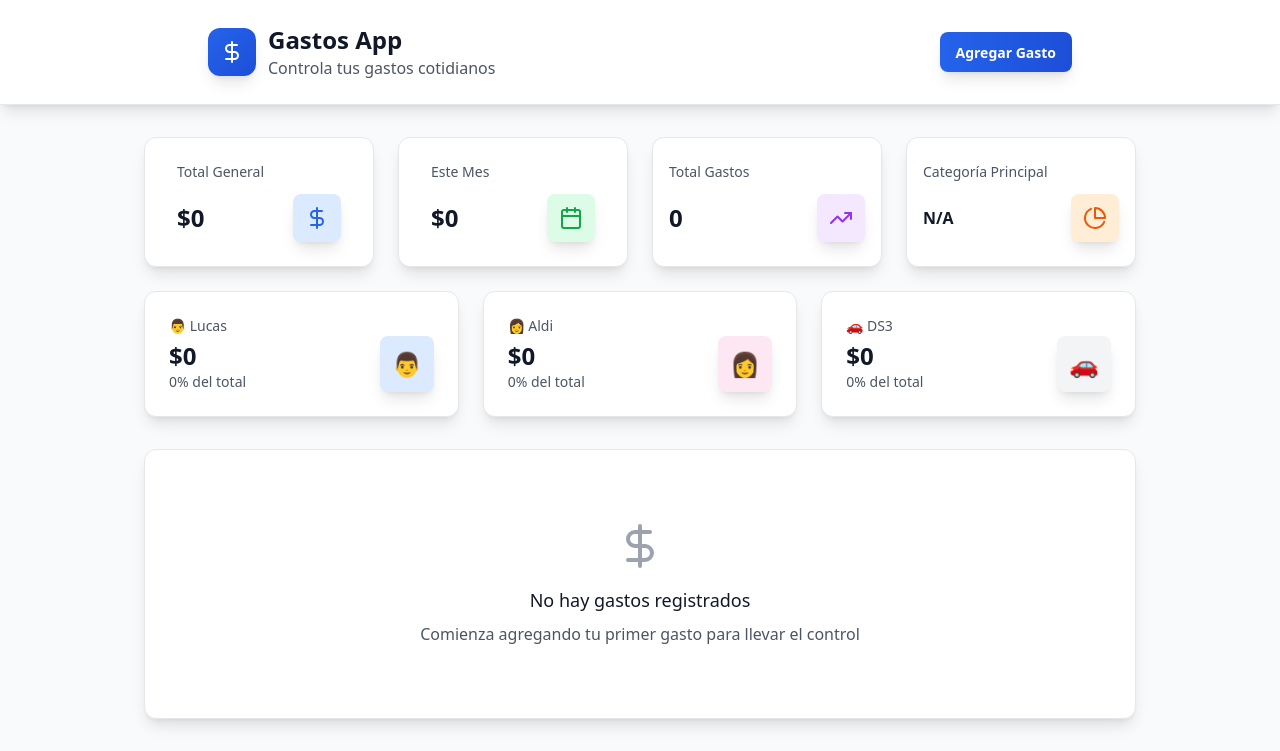
Repository: lucastenaglia/Gastosapp
Page: /
An editor plug-in stored every save of this project. The page is shown before and after the next save, followed by the edit.
The browser window is 1280 px wide. The pictures show the whole page.
The page's requests for data from a server got no answer. The project was rebuilt for these pictures with package versions that can differ from the ones it lists, and the page was loaded fresh each time. No one was signed in, and anything a server would have sent is missing. Also part of the build but not shown: vite.config.js, src/components/ExpenseForm.jsx.

Above is the page before, as saved 2025-08-13 18:54:50.

### index.html
<!DOCTYPE html>
<html lang="es">
  <head>
    <meta charset="UTF-8" />
    <link rel="icon" type="image/svg+xml" href="data:[embedded picture, 125 characters]" />
    <meta name="viewport" content="width=device-width, initial-scale=1.0" />
    <title>Gastos App - Control de Gastos Cotidianos</title>
  </head>
  <body>
    <div id="root"></div>
    <script type="module" src="/src/main.jsx"></script>
  </body>
</html>

### src/App.jsx
import { useState, useEffect } from 'react'
import Header from './components/Header'
import ExpenseForm from './components/ExpenseForm'
import ExpenseList from './components/ExpenseList'
import ExpenseSummary from './components/ExpenseSummary'
import { getExpenses, addExpense, updateExpense, deleteExpense } from './services/expenseService'

function App() {
  const [expenses, setExpenses] = useState([])
  const [isFormOpen, setIsFormOpen] = useState(false)
  const [loading, setLoading] = useState(true)
  const [error, setError] = useState(null)

  // Cargar gastos al iniciar la aplicación
  useEffect(() => {
    loadExpenses()
  }, [])

  // Cerrar modal con Escape
  useEffect(() => {
    const handleEscape = (e) => {
      if (e.key === 'Escape' && isFormOpen) {
        setIsFormOpen(false)
      }
    }

    if (isFormOpen) {
      document.addEventListener('keydown', handleEscape)
      // Bloquear el scroll del body
      document.body.style.overflow = 'hidden'
    }

    return () => {
      document.removeEventListener('keydown', handleEscape)
      // Restaurar el scroll del body
      document.body.style.overflow = 'unset'
    }
  }, [isFormOpen])

  const loadExpenses = async () => {
    try {
      setLoading(true)
      const data = await getExpenses()
      setExpenses(data)
      setError(null)
    } catch (err) {
      setError('Error al cargar los gastos')
      console.error(err)
    } finally {
      setLoading(false)
    }
  }

  const handleAddExpense = async (expense) => {
    try {
      const newExpense = await addExpense(expense)
      setExpenses([newExpense, ...expenses])
      setIsFormOpen(false)
    } catch (err) {
      setError('Error al agregar el gasto')
      console.error(err)
    }
  }

  const handleDeleteExpense = async (id) => {
    try {
      await deleteExpense(id)
      setExpenses(expenses.filter(expense => expense.id !== id))
    } catch (err) {
      setError('Error al eliminar el gasto')
      console.error(err)
    }
  }

  const handleEditExpense = async (id, updatedExpense) => {
    try {
      const updated = await updateExpense(id, updatedExpense)
      setExpenses(expenses.map(expense =>
        expense.id === id ? updated : expense
      ))
    } catch (err) {
      setError('Error al actualizar el gasto')
      console.error(err)
    }
  }

  return (
    <div className="min-h-screen bg-gray-50">
      <Header onAddExpense={() => setIsFormOpen(true)} />

      <main className="container mx-auto px-4 py-8 max-w-5xl">
        {error && (
          <div className="bg-red-100 border border-red-400 text-red-700 px-4 py-3 rounded mb-6">
            {error}
          </div>
        )}

        <ExpenseSummary expenses={expenses} />

        <div className="mt-8">
          <ExpenseList
            expenses={expenses}
            onDelete={handleDeleteExpense}
            onEdit={handleEditExpense}
            loading={loading}
          />
        </div>
      </main>

      {/* Modal Overlay */}
      {isFormOpen && (
        <div
          className="fixed inset-0 bg-black bg-opacity-50 flex items-center justify-center z-50 p-4 animate-in fade-in duration-200"
          onClick={() => setIsFormOpen(false)}
        >
          <div
            className="bg-white rounded-xl shadow-2xl max-w-md w-full mx-4 max-h-[90vh] overflow-y-auto animate-in zoom-in-95 duration-200"
            onClick={(e) => e.stopPropagation()}
          >
            <ExpenseForm
              onSubmit={handleAddExpense}
              onCancel={() => setIsFormOpen(false)}
            />
          </div>
        </div>
      )}
    </div>
  )
}

export default App

### src/index.css
@tailwind base;
@tailwind components;
@tailwind utilities;

@layer base {
  body {
    @apply bg-gray-50 text-gray-900;
  }
}

@layer components {
                .btn-primary {
                @apply bg-primary-600 hover:bg-primary-700 text-white font-medium py-2 px-4 rounded-lg transition-all duration-300 shadow-md hover:shadow-lg hover:-translate-y-0.5 transform;
              }

              .btn-secondary {
                @apply bg-gray-200 hover:bg-gray-300 text-gray-800 font-medium py-2 px-4 rounded-lg transition-all duration-300 shadow-md hover:shadow-lg hover:-translate-y-0.5 transform;
              }

                .input-field {
                @apply w-full px-3 py-2 border border-gray-300 rounded-lg focus:outline-none focus:ring-2 focus:ring-primary-500 focus:border-transparent shadow-sm focus:shadow-md transition-all duration-300;
              }

                            .card {
                @apply bg-white rounded-xl shadow-lg border border-gray-200 p-6 transform transition-all duration-300 hover:shadow-2xl hover:-translate-y-1;
              }

              .modal-enter {
                @apply opacity-0 scale-95;
              }

              .modal-enter-active {
                @apply opacity-100 scale-100 transition-all duration-200 ease-out;
              }

              .modal-exit {
                @apply opacity-100 scale-100;
              }

              .modal-exit-active {
                @apply opacity-0 scale-95 transition-all duration-200 ease-in;
              }
}

### src/components/Header.jsx
import { Plus, DollarSign } from 'lucide-react'

const Header = ({ onAddExpense }) => {
  return (
    <header className="bg-white shadow-lg border-b border-gray-200">
      <div className="container mx-auto px-4 py-6 max-w-4xl">
        <div className="flex items-center justify-between">
          <div className="flex items-center space-x-3">
            <div className="bg-gradient-to-br from-primary-600 to-primary-700 p-3 rounded-xl shadow-lg">
              <DollarSign className="h-6 w-6 text-white" />
            </div>
            <div>
              <h1 className="text-2xl font-bold text-gray-900">Gastos App</h1>
              <p className="text-gray-600">Controla tus gastos cotidianos</p>
            </div>
          </div>

          <button
            onClick={onAddExpense}
            className="bg-gradient-to-r from-primary-600 to-primary-700 active:from-primary-800 active:to-primary-900 text-white font-semibold py-2 px-4 rounded-lg shadow-lg hover:shadow-xl active:shadow-md active:translate-y-0.5 transition-all duration-200 border-0 focus:outline-none focus:ring-2 focus:ring-primary-300"
          >
            <span className="text-sm">Agregar Gasto</span>
          </button>
        </div>
      </div>
    </header>
  )
}

export default Header

### src/components/ExpenseList.jsx
import { useState } from 'react'
import { Trash2, Edit, Calendar, DollarSign } from 'lucide-react'

const ExpenseList = ({ expenses, onDelete, onEdit, loading }) => {
  const [editingId, setEditingId] = useState(null)
  const [editForm, setEditForm] = useState({})

  const categoryIcons = {
    comida: '🍽️',
    super: '🛒',
    auto: '🚗',
    entretenimiento: '🎮',
    salud: '💊',
    ropa: '👕',
    hogar: '🏠',
    otros: '📦'
  }

  const categoryColors = {
    comida: 'bg-orange-100 text-orange-800',
    super: 'bg-red-100 text-red-800',
    auto: 'bg-blue-100 text-blue-800',
    entretenimiento: 'bg-purple-100 text-purple-800',
    salud: 'bg-green-100 text-green-800',
    ropa: 'bg-pink-100 text-pink-800',
    hogar: 'bg-yellow-100 text-yellow-800',
    otros: 'bg-gray-100 text-gray-800'
  }

  const handleEdit = (expense) => {
    setEditingId(expense.id)
    setEditForm({
      description: expense.description,
      amount: expense.amount.toString(),
      category: expense.category,
      person: expense.person || 'lucas',
      date: expense.date
    })
  }

  const handleSaveEdit = (id) => {
    onEdit(id, {
      ...editForm,
      amount: parseFloat(editForm.amount)
    })
    setEditingId(null)
    setEditForm({})
  }

  const handleCancelEdit = () => {
    setEditingId(null)
    setEditForm({})
  }

  const formatDate = (dateString) => {
    const date = new Date(dateString)
    return date.toLocaleDateString('es-ES', {
      year: 'numeric',
      month: 'short',
      day: 'numeric'
    })
  }

  if (loading) {
    return (
      <div className="card">
        <div className="text-center py-12">
          <div className="animate-spin rounded-full h-12 w-12 border-b-2 border-primary-600 mx-auto mb-4"></div>
          <h3 className="text-lg font-medium text-gray-900 mb-2">
            Cargando gastos...
          </h3>
          <p className="text-gray-600">
            Conectando con la base de datos
          </p>
        </div>
      </div>
    )
  }

  if (expenses.length === 0) {
    return (
      <div className="card">
        <div className="text-center py-12">
          <DollarSign className="h-12 w-12 text-gray-400 mx-auto mb-4" />
          <h3 className="text-lg font-medium text-gray-900 mb-2">
            No hay gastos registrados
          </h3>
          <p className="text-gray-600">
            Comienza agregando tu primer gasto para llevar el control
          </p>
        </div>
      </div>
    )
  }

  return (
    <div className="card">
      <h2 className="text-xl font-semibold text-gray-900 mb-6">
        Historial de Gastos
      </h2>

      <div className="space-y-3">
        {expenses.map(expense => (
          <div key={expense.id} className="border border-gray-200 rounded-lg p-3 sm:p-4 bg-white shadow-md hover:shadow-xl hover:-translate-y-1 transform transition-all duration-300">
            {editingId === expense.id ? (
              <div className="space-y-3">
                <input
                  type="text"
                  value={editForm.description}
                  onChange={(e) => setEditForm({...editForm, description: e.target.value})}
                  className="input-field"
                />
                <div className="grid grid-cols-1 sm:grid-cols-2 gap-3">
                  <input
                    type="number"
                    value={editForm.amount}
                    onChange={(e) => setEditForm({...editForm, amount: e.target.value})}
                    className="input-field"
                    step="1"
                    min="0"
                  />
                  <select
                    value={editForm.category}
                    onChange={(e) => setEditForm({...editForm, category: e.target.value})}
                    className="input-field"
                  >
                    <option value="comida">🍽️ Comida</option>
                    <option value="super">🛒 Super</option>
                    <option value="auto">🚗 Auto</option>
                    <option value="entretenimiento">🎮 Entretenimiento</option>
                    <option value="salud">💊 Salud</option>
                    <option value="ropa">👕 Ropa</option>
                    <option value="hogar">🏠 Hogar</option>
                    <option value="otros">📦 Otros</option>
                  </select>
                </div>
                <div className="grid grid-cols-1 sm:grid-cols-2 gap-3">
                  <select
                    value={editForm.person}
                    onChange={(e) => setEditForm({...editForm, person: e.target.value})}
                    className="input-field"
                  >
                    <option value="lucas">👨 Lucas</option>
                    <option value="aldi">👩 Aldi</option>
                  </select>
                  <input
                    type="date"
                    value={editForm.date}
                    onChange={(e) => setEditForm({...editForm, date: e.target.value})}
                    className="input-field"
                  />
                </div>
                <div className="flex space-x-2">
                  <button
                    onClick={() => handleSaveEdit(expense.id)}
                    className="btn-primary text-sm flex-1"
                  >
                    Guardar
                  </button>
                  <button
                    onClick={handleCancelEdit}
                    className="btn-secondary text-sm flex-1"
                  >
                    Cancelar
                  </button>
                </div>
              </div>
            ) : (
              <div className="space-y-3">
                {/* Header con icono, descripción y monto */}
                <div className="flex items-start justify-between">
                  <div className="flex items-center space-x-3 flex-1 min-w-0">
                    <div className={`p-2 rounded-lg flex-shrink-0 ${categoryColors[expense.category]}`}>
                      <span className="text-lg">{categoryIcons[expense.category]}</span>
                    </div>

                    <div className="flex-1 min-w-0">
                      <h3 className="font-medium text-gray-900 truncate">
                        {expense.description}
                      </h3>
                      <div className="flex items-center space-x-2 text-sm text-gray-600 mt-1">
                        <span className="flex items-center space-x-1">
                          <Calendar className="h-3 w-3" />
                          <span className="hidden sm:inline">{formatDate(expense.date)}</span>
                          <span className="sm:hidden">{new Date(expense.date).toLocaleDateString('es-ES', { day: '2-digit', month: '2-digit' })}</span>
                        </span>
                        <span className="hidden sm:inline">•</span>
                        <span className="capitalize text-xs sm:text-sm">{expense.category}</span>
                      </div>
                    </div>
                  </div>

                  <div className="flex items-center space-x-2 flex-shrink-0">
                    <span className="text-lg font-semibold text-gray-900">
                      ${expense.amount}
                    </span>

                    <div className="flex space-x-1">
                      <button
                        onClick={() => handleEdit(expense)}
                        className="p-1 text-gray-400 hover:text-blue-600 transition-colors"
                        title="Editar"
                      >
                        <Edit className="h-4 w-4" />
                      </button>
                      <button
                        onClick={() => onDelete(expense.id)}
                        className="p-1 text-gray-400 hover:text-red-600 transition-colors"
                        title="Eliminar"
                      >
                        <Trash2 className="h-4 w-4" />
                      </button>
                    </div>
                  </div>
                </div>

                {/* Información adicional en móvil */}
                <div className="sm:hidden flex items-center justify-between text-sm text-gray-600 border-t pt-2">
                  <span className="flex items-center space-x-1">
                    <span>{expense.person === 'lucas' ? '👨' : '👩'}</span>
                    <span className="capitalize">{expense.person || 'lucas'}</span>
                  </span>
                  <span className="text-xs">
                    {new Date(expense.date).toLocaleDateString('es-ES', { year: 'numeric' })}
                  </span>
                </div>
              </div>
            )}
          </div>
        ))}
      </div>
    </div>
  )
}

export default ExpenseList

### src/components/ExpenseSummary.jsx
import { TrendingUp, Calendar, DollarSign, PieChart } from 'lucide-react'

const ExpenseSummary = ({ expenses }) => {
  const totalExpenses = expenses.reduce((sum, expense) => sum + expense.amount, 0)

  const today = new Date()
  const thisMonth = today.getMonth()
  const thisYear = today.getFullYear()

  const monthlyExpenses = expenses.filter(expense => {
    const expenseDate = new Date(expense.date)
    return expenseDate.getMonth() === thisMonth && expenseDate.getFullYear() === thisYear
  })

  const monthlyTotal = monthlyExpenses.reduce((sum, expense) => sum + expense.amount, 0)

  const categoryTotals = expenses.reduce((acc, expense) => {
    acc[expense.category] = (acc[expense.category] || 0) + expense.amount
    return acc
  }, {})

  const topCategory = Object.entries(categoryTotals).sort(([,a], [,b]) => b - a)[0]

     // Estadísticas por persona
   const personTotals = expenses.reduce((acc, expense) => {
     // Si la categoría es "auto", asignar a "ds3", sino usar la persona seleccionada
     const person = expense.category === 'auto' ? 'ds3' : (expense.person || 'lucas')
     acc[person] = (acc[person] || 0) + expense.amount
     return acc
   }, {})

   const lucasTotal = personTotals.lucas || 0
   const aldiTotal = personTotals.aldi || 0
   const ds3Total = personTotals.ds3 || 0

  const formatCurrency = (amount) => {
    return `$${Math.round(amount).toLocaleString('en-US')}`
  }

  return (
    <div className="space-y-4 sm:space-y-6">
                  {/* Primera fila - Estadísticas generales */}
      <div className="grid grid-cols-2 lg:grid-cols-4 gap-3 sm:gap-6">
                 {/* Total General */}
          <div className="card relative p-4 sm:p-6 lg:px-8">
           <div className="space-y-3">
             <p className="text-xs sm:text-sm font-medium text-gray-600">Total General</p>
             <div className="flex items-center justify-between">
               <div className="flex-1">
                 <p className="text-lg sm:text-xl lg:text-2xl font-bold text-gray-900">
                   {formatCurrency(totalExpenses)}
                 </p>
               </div>
               <div className="bg-blue-100 p-2 sm:p-2.5 lg:p-3 rounded-lg shadow-lg ml-4">
                 <DollarSign className="h-4 w-4 sm:h-5 sm:w-5 lg:h-6 lg:w-6 text-blue-600" />
               </div>
             </div>
           </div>
         </div>

                                   {/* Gastos del Mes */}
          <div className="card relative p-4 sm:p-6 lg:px-8">
           <div className="space-y-3">
             <p className="text-xs sm:text-sm font-medium text-gray-600">Este Mes</p>
             <div className="flex items-center justify-between">
               <div className="flex-1">
                 <p className="text-lg sm:text-xl lg:text-2xl font-bold text-gray-900">
                   {formatCurrency(monthlyTotal)}
                 </p>
               </div>
               <div className="bg-green-100 p-2 sm:p-2.5 lg:p-3 rounded-lg shadow-lg ml-4">
                 <Calendar className="h-4 w-4 sm:h-5 sm:w-5 lg:h-6 lg:w-6 text-green-600" />
               </div>
             </div>
           </div>
         </div>

                                   {/* Total de Gastos */}
          <div className="card relative p-4 sm:p-6 lg:px-4">
           <div className="space-y-3">
             <p className="text-xs sm:text-sm font-medium text-gray-600">Total Gastos</p>
             <div className="flex items-center justify-between">
                 <div className="flex-1">
                  <p className="text-2xl sm:text-3xl lg:text-2xl font-bold text-gray-900">
                   {expenses.length}
                 </p>
               </div>
                                 <div className="bg-purple-100 p-2 sm:p-2.5 lg:p-3 rounded-lg shadow-lg ml-4">
                 <TrendingUp className="h-4 w-4 sm:h-5 sm:w-5 lg:h-6 lg:w-6 text-purple-600" />
               </div>
             </div>
           </div>
         </div>

                 {/* Categoría Principal */}
         <div className="card relative p-4 sm:p-6 lg:px-4">
           <div className="space-y-3">
             <p className="text-xs sm:text-sm font-medium text-gray-600">Categoría Principal</p>
             <div className="flex items-center justify-between">
               <div className="flex-1">
                  <p className="text-base sm:text-lg lg:text-base font-semibold text-gray-900 capitalize">
                   {topCategory ? topCategory[0] : 'N/A'}
                 </p>
                 {topCategory && (
                   <p className="text-xs sm:text-sm text-gray-600">
                     {formatCurrency(topCategory[1])}
                   </p>
                 )}
               </div>
                                 <div className="bg-orange-100 p-2 sm:p-2.5 lg:p-3 rounded-lg shadow-lg ml-4">
                 <PieChart className="h-4 w-4 sm:h-5 sm:w-5 lg:h-6 lg:w-6 text-orange-600" />
               </div>
             </div>
           </div>
         </div>
      </div>

                    {/* Segunda fila - Estadísticas por persona */}
       <div className="grid grid-cols-1 sm:grid-cols-3 gap-3 sm:gap-6">
                 {/* Gastos de Lucas */}
         <div className="card relative p-4 sm:p-6">
           <div>
             <p className="text-xs sm:text-sm font-medium text-gray-600">👨 Lucas</p>
             <div className="flex items-end justify-between">
               <div>
                 <p className="text-lg sm:text-2xl font-bold text-gray-900">
                   {formatCurrency(lucasTotal)}
                 </p>
                 <p className="text-xs sm:text-sm text-gray-600">
                   {totalExpenses > 0 ? `${((lucasTotal / totalExpenses) * 100).toFixed(1)}%` : '0%'} del total
                 </p>
               </div>
               <div className="bg-blue-100 p-2 sm:p-3 rounded-lg shadow-lg">
                 <span className="text-lg sm:text-2xl">👨</span>
               </div>
             </div>
           </div>
         </div>

                 {/* Gastos de Aldi */}
         <div className="card relative p-4 sm:p-6">
           <div>
             <p className="text-xs sm:text-sm font-medium text-gray-600">👩 Aldi</p>
             <div className="flex items-end justify-between">
               <div>
                 <p className="text-lg sm:text-2xl font-bold text-gray-900">
                   {formatCurrency(aldiTotal)}
                 </p>
                 <p className="text-xs sm:text-sm text-gray-600">
                   {totalExpenses > 0 ? `${((aldiTotal / totalExpenses) * 100).toFixed(1)}%` : '0%'} del total
                 </p>
               </div>
               <div className="bg-pink-100 p-2 sm:p-3 rounded-lg shadow-lg">
                 <span className="text-lg sm:text-2xl">👩</span>
               </div>
             </div>
           </div>
         </div>

                 {/* Gastos de DS3 (Auto) */}
         <div className="card relative p-4 sm:p-6">
           <div>
             <p className="text-xs sm:text-sm font-medium text-gray-600">🚗 DS3</p>
             <div className="flex items-end justify-between">
               <div>
                 <p className="text-lg sm:text-2xl font-bold text-gray-900">
                   {formatCurrency(ds3Total)}
                 </p>
                 <p className="text-xs sm:text-sm text-gray-600">
                   {totalExpenses > 0 ? `${((ds3Total / totalExpenses) * 100).toFixed(1)}%` : '0%'} del total
                 </p>
               </div>
               <div className="bg-gray-100 p-2 sm:p-3 rounded-lg shadow-lg">
                 <span className="text-lg sm:text-2xl">🚗</span>
               </div>
             </div>
           </div>
         </div>
       </div>
    </div>
  )
}

export default ExpenseSummary

### tailwind.config.js
/** @type {import('tailwindcss').Config} */
export default {
  content: [
    "./index.html",
    "./src/**/*.{js,ts,jsx,tsx}",
  ],
  theme: {
    extend: {
      colors: {
        primary: {
          50: '#eff6ff',
          500: '#3b82f6',
          600: '#2563eb',
          700: '#1d4ed8',
        }
      }
    },
  },
  plugins: [],
}

Loaded but not shown: src/main.jsx (common file); src/services/expenseService.js (78 lines, source omitted); src/lib/supabase.js (7 lines, source omitted)

After the next save:
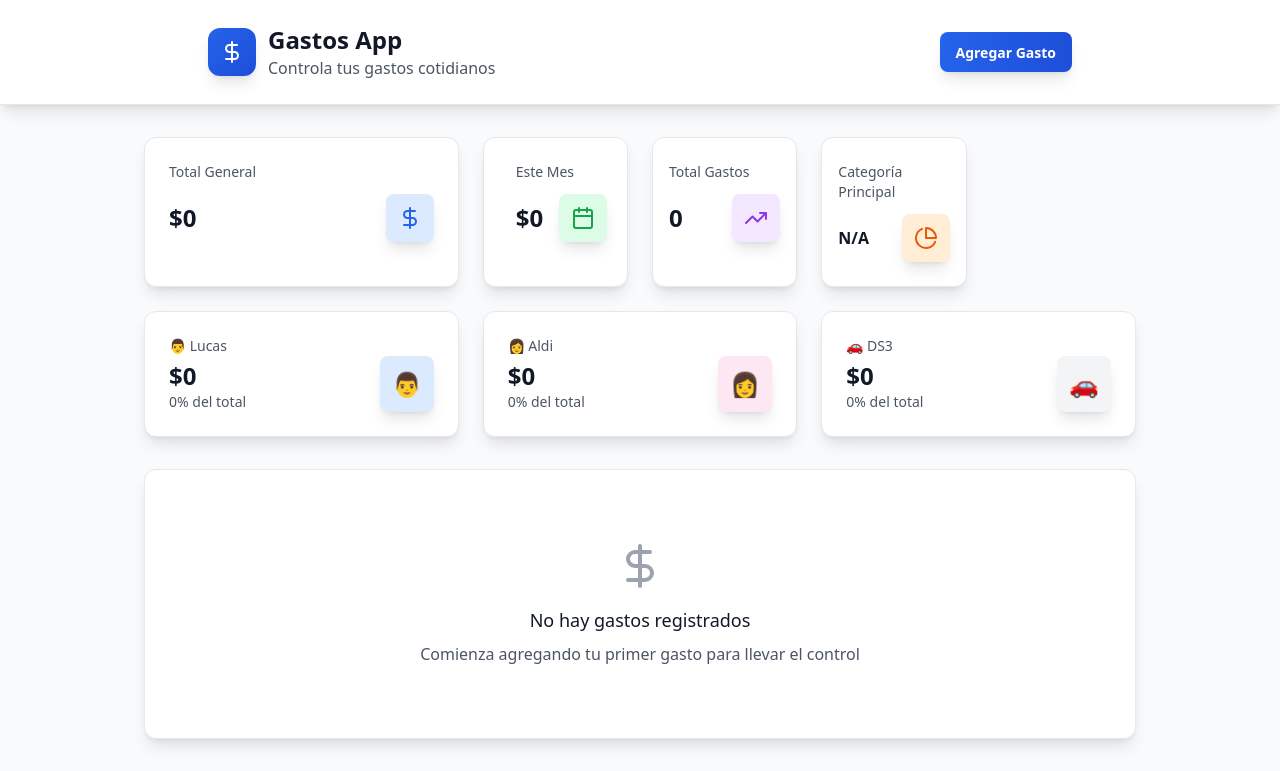
Saved 18 s later.
--- a/src/components/ExpenseSummary.jsx
+++ b/src/components/ExpenseSummary.jsx
@@ -40,9 +40,9 @@ const ExpenseSummary = ({ expenses }) => {
   return (
     <div className="space-y-4 sm:space-y-6">
                   {/* Primera fila - Estadísticas generales */}
-      <div className="grid grid-cols-2 lg:grid-cols-4 gap-3 sm:gap-6">
+      <div className="grid grid-cols-2 lg:grid-cols-6 gap-3 sm:gap-6">
                  {/* Total General */}
-          <div className="card relative p-4 sm:p-6 lg:px-8">
+          <div className="card relative p-4 sm:p-6 lg:col-span-2">
            <div className="space-y-3">
              <p className="text-xs sm:text-sm font-medium text-gray-600">Total General</p>
              <div className="flex items-center justify-between">
